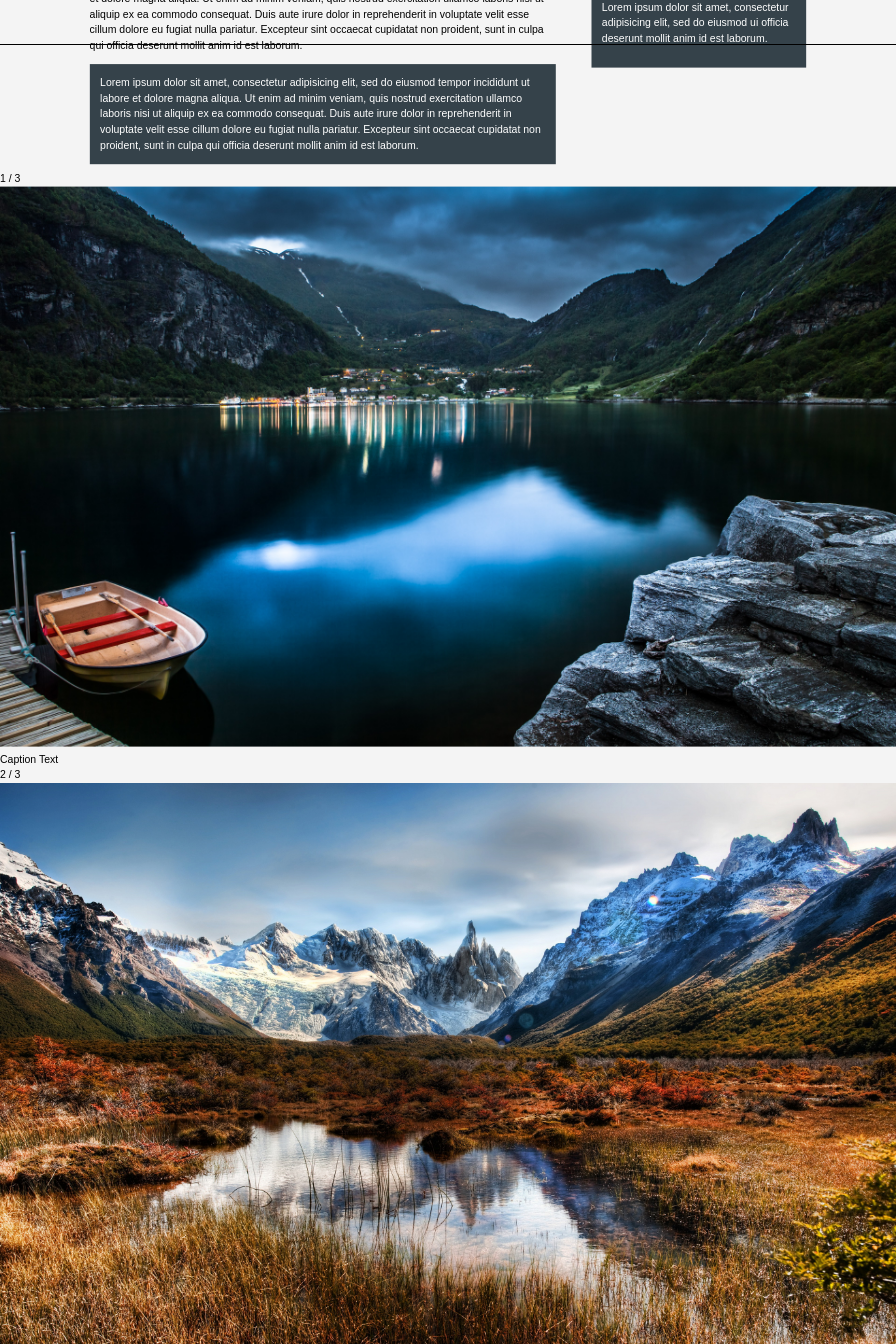
Repository: NiutaR/Build-An-HTML5-Website-With-A
Page: about.html
An editor plug-in stored every save of this project. The page is shown before and after the next save, followed by the edit.
The browser window is 1280 px wide. The pictures show the part of the page from y = 301 to 2221 px (the page is 3291 px tall before and 720 px after), at 70% of full size.

Above is the page before, as saved 2021-06-17 20:32:59.

After the next save:
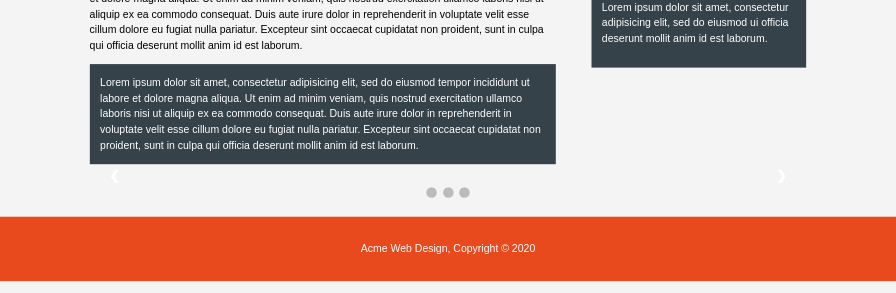
Saved 48 s later.
--- a/css/style.css
+++ b/css/style.css
@@ -232,3 +232,148 @@ footer{
 
 
 }
+
+How TO - Slideshow
+Learn how to create a responsive slideshow with CSS and JavaScript.
+
+Slideshow / Carousel
+A slideshow is used to cycle through elements:
+
+1 / 4Caption Text
+
+
+Create A Slideshow
+Step 1) Add HTML:
+Example
+<!-- Slideshow container -->
+<div class="slideshow-container">
+
+  <!-- Full-width images with number and caption text -->
+  <div class="mySlides fade">
+    <div class="numbertext">1 / 3</div>
+    <img src="img1.jpg" style="width:100%">
+    <div class="text">Caption Text</div>
+  </div>
+
+  <div class="mySlides fade">
+    <div class="numbertext">2 / 3</div>
+    <img src="img2.jpg" style="width:100%">
+    <div class="text">Caption Two</div>
+  </div>
+
+  <div class="mySlides fade">
+    <div class="numbertext">3 / 3</div>
+    <img src="img3.jpg" style="width:100%">
+    <div class="text">Caption Three</div>
+  </div>
+
+  <!-- Next and previous buttons -->
+  <a class="prev" onclick="plusSlides(-1)">&#10094;</a>
+  <a class="next" onclick="plusSlides(1)">&#10095;</a>
+</div>
+<br>
+
+<!-- The dots/circles -->
+<div style="text-align:center">
+  <span class="dot" onclick="currentSlide(1)"></span>
+  <span class="dot" onclick="currentSlide(2)"></span>
+  <span class="dot" onclick="currentSlide(3)"></span>
+</div>
+Step 2) Add CSS:
+Style the next and previous buttons, the caption text and the dots:
+
+Example
+* {box-sizing:border-box}
+
+/* Slideshow container */
+.slideshow-container {
+  max-width: 1000px;
+  position: relative;
+  margin: auto;
+}
+
+/* Hide the images by default */
+.mySlides {
+  display: none;
+}
+
+/* Next & previous buttons */
+.prev, .next {
+  cursor: pointer;
+  position: absolute;
+  top: 50%;
+  width: auto;
+  margin-top: -22px;
+  padding: 16px;
+  color: white;
+  font-weight: bold;
+  font-size: 18px;
+  transition: 0.6s ease;
+  border-radius: 0 3px 3px 0;
+  user-select: none;
+}
+
+/* Position the "next button" to the right */
+.next {
+  right: 0;
+  border-radius: 3px 0 0 3px;
+}
+
+/* On hover, add a black background color with a little bit see-through */
+.prev:hover, .next:hover {
+  background-color: rgba(0,0,0,0.8);
+}
+
+/* Caption text */
+.text {
+  color: #f2f2f2;
+  font-size: 15px;
+  padding: 8px 12px;
+  position: absolute;
+  bottom: 8px;
+  width: 100%;
+  text-align: center;
+}
+
+/* Number text (1/3 etc) */
+.numbertext {
+  color: #f2f2f2;
+  font-size: 12px;
+  padding: 8px 12px;
+  position: absolute;
+  top: 0;
+}
+
+/* The dots/bullets/indicators */
+.dot {
+  cursor: pointer;
+  height: 15px;
+  width: 15px;
+  margin: 0 2px;
+  background-color: #bbb;
+  border-radius: 50%;
+  display: inline-block;
+  transition: background-color 0.6s ease;
+}
+
+.active, .dot:hover {
+  background-color: #717171;
+}
+
+/* Fading animation */
+.fade {
+  -webkit-animation-name: fade;
+  -webkit-animation-duration: 1.5s;
+  animation-name: fade;
+  animation-duration: 1.5s;
+}
+
+@-webkit-keyframes fade {
+  from {opacity: .4}
+  to {opacity: 1}
+}
+
+@keyframes fade {
+  from {opacity: .4}
+  to {opacity: 1}
+}
